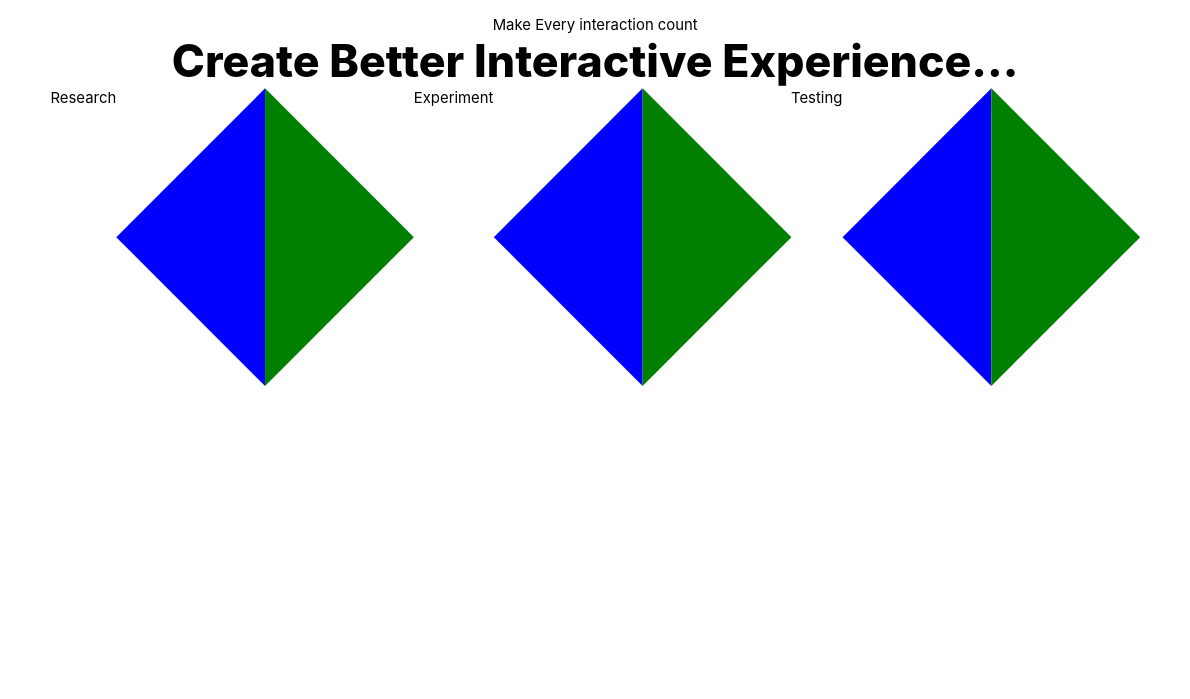
Repository: YingCG/interaction-design
Page: /
These files come from the project's save history. The page is drawn as it stood at one moment and after the next save; the edit follows.
The browser window is 1280 px wide. The pictures show the whole page, at 93% of full size.
The project was rebuilt for these pictures with package versions that can differ from the ones it lists, and the page was loaded fresh each time.

Above is the page before, as saved 2023-09-07 16:09:51.

### src/App.js
import logo from "./logo.svg";
import "./App.css";
import TripleDiamond from "./TripleDiamond";

function App() {
  return (
    <div className="App">
      Make Every interaction count
      <TripleDiamond />
    </div>
  );
}

export default App;

### src/App.css
.App {
  text-align: center;
  padding: 1em;
  height: 100vh;
}

.arrow-right {
  width: 0;
  height: 0;
  border-top: 10rem solid transparent;
  border-bottom: 10rem solid transparent;
  border-left: 10rem solid green;
}
.arrow-right:hover {
  border-left: 10rem solid #ffa1f5;
}

.arrow-left {
  width: 0;
  height: 0;
  border-top: 10rem solid transparent;
  border-bottom: 10rem solid transparent;
  border-right: 10rem solid blue;
}
.arrow-left:hover {
  border-right: 10rem solid #ffa1f5;
}

.container {
  display: flex;
  justify-content: center;
  align-items: center;
  width: 100%;
  flex-direction: column;
}

.text-content {
  /* padding: 3em; */
  font-size: 3em;
  font-weight: 800;
}

.triple-diamond {
  display: flex;
  width: 50%;
}

.container-triple {
  display: flex;
}

.text-above {
  flex-direction: column;
}

.information {
}

### src/TripleDiamond.jsx
import React, { useState } from "react";
import contents from "./data";
import ProjectOverview from "./ProjectOverview";

function TripleDiamond() {
  const [info, setInfo] = useState("");

  function showInfo() {
    console.log(contents);
    setInfo(contents);
  }
  // const showInfo = () => {

  // }

  return (
    <div className="container">
      <div className="text-content">
        Create Better Interactive Experience...
      </div>
      <div className="container-triple">
        <div className="text-above">Research</div>
        <div className="triple-diamond">
          <div className="arrow-left" onClick={showInfo}></div>
          <div className="arrow-right"></div>
        </div>

        <div className="triple-diamond">
          <div className="text-above">Experiment</div>
          <div className="arrow-left"></div>
          <div className="arrow-right"></div>
        </div>

        <div className="triple-diamond">
          <div className="text-above">Testing</div>
          <div className="arrow-left"></div>
          <div className="arrow-right"></div>
        </div>
      </div>
      <div className="information">
        {contents.map((info, index) => (
          <ProjectOverview props={info} key={index} />
        ))}
      </div>
    </div>
  );
}

export default TripleDiamond;

### src/data.js
const contents = [
  {
    Title: "Project Overview",
    Description:
      "Memento Media is a creative industry startup that empowers people to save life's stories. When a loved one dies, we also sadly loose their stories. Memento Media uses storytelling and oral history practices to redefine the way families discover, capture and celebrate family history withoutmulti-generational living family archives.",
  },
  {
    Title: "Research",
    Description: "Assessment 1",
  },
  {
    Title: "Experiment",
    Description: "Assessment 2",
  },
  {
    Title: "Prototype",
    Description: "Assessment 3.",
  },
];

export default contents;

### src/ProjectOverview.js
import React from "react";

function ProjectOverview(props) {
  return (
    <div className="information">
      <h1> {props.Title}</h1>
      <p> {props.Description}</p>
    </div>
  );
}

export default ProjectOverview;

Loaded but not shown: public/index.html (common file); src/index.js (common file); src/index.css (common file); src/reportWebVitals.js (common file)

After the next save:
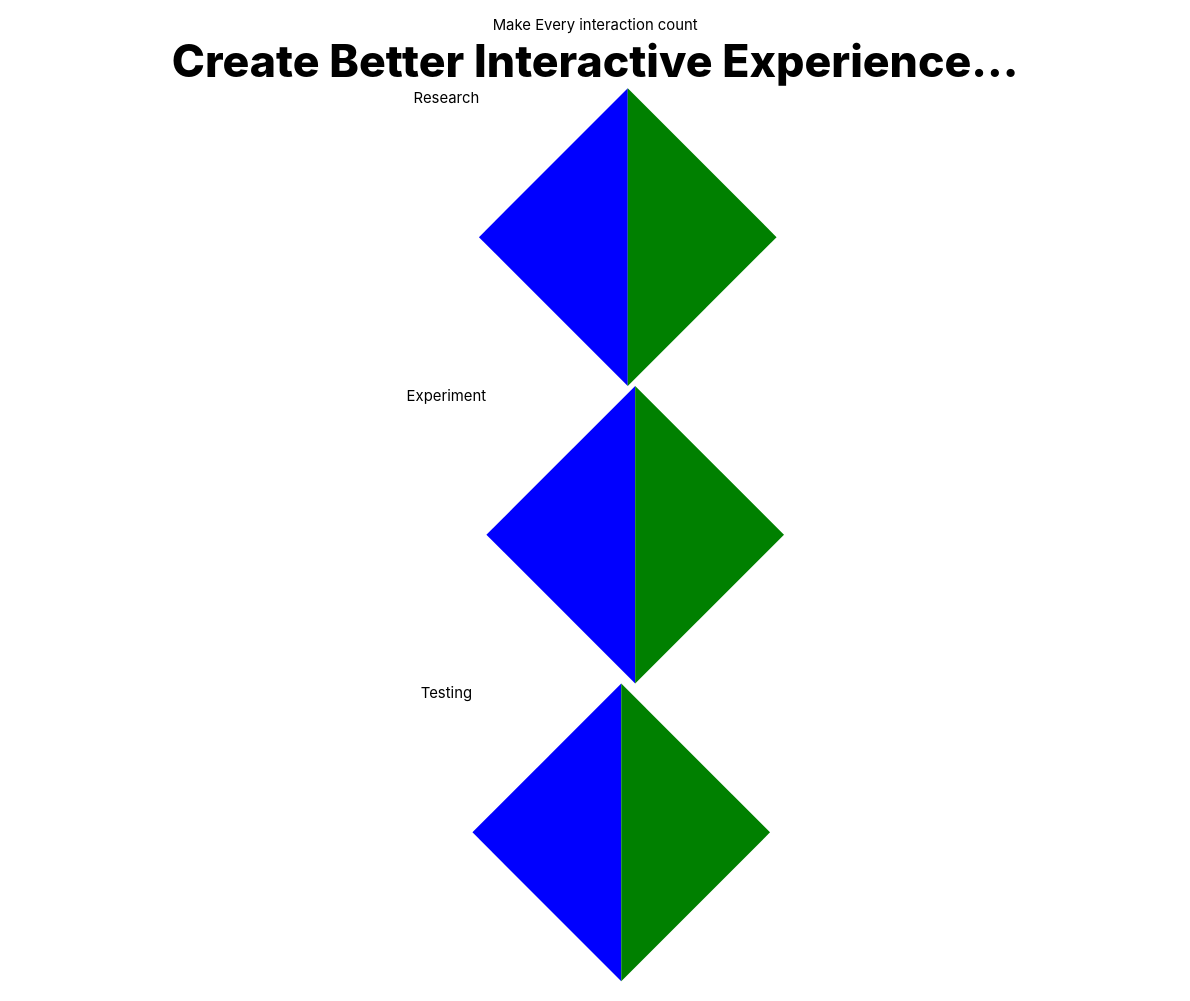
Saved 63 s later.
--- a/src/TripleDiamond.jsx
+++ b/src/TripleDiamond.jsx
@@ -24,13 +24,17 @@ function TripleDiamond() {
           <div className="arrow-left" onClick={showInfo}></div>
           <div className="arrow-right"></div>
         </div>
+      </div>
 
+      <div className="container-triple">
+        <div className="text-above">Experiment</div>
         <div className="triple-diamond">
-          <div className="text-above">Experiment</div>
           <div className="arrow-left"></div>
           <div className="arrow-right"></div>
         </div>
+      </div>
 
+      <div className="container-triple">
         <div className="triple-diamond">
           <div className="text-above">Testing</div>
           <div className="arrow-left"></div>
